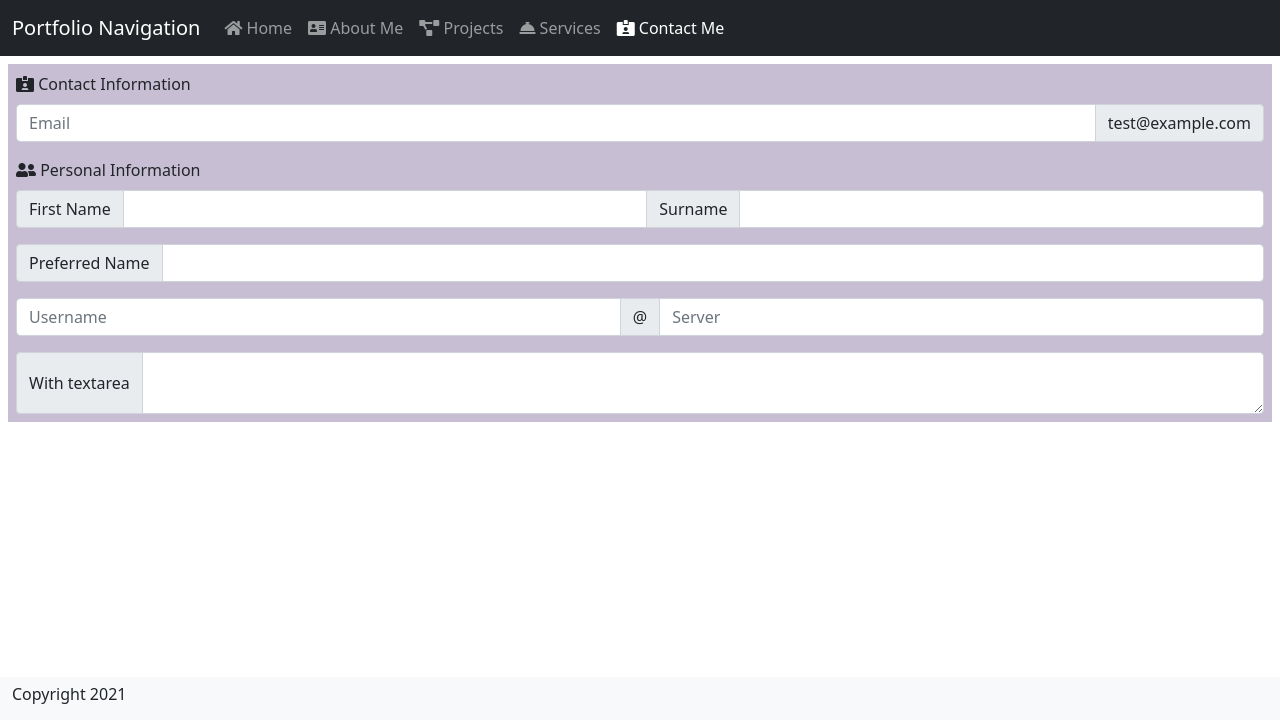
Repository: GarlicButterBoy/Portfolio
Page: contact.html
An editor plug-in stored every save of this project. The page is shown before and after the next save, followed by the edit.
The browser window is 1280 px wide. The page is 1284 px wide, so the pictures cover 1284 px, including what lies to the right of the window. The pictures show the whole page.

Above is the page before, as saved 2021-06-09 13:05:51.

After the next save:
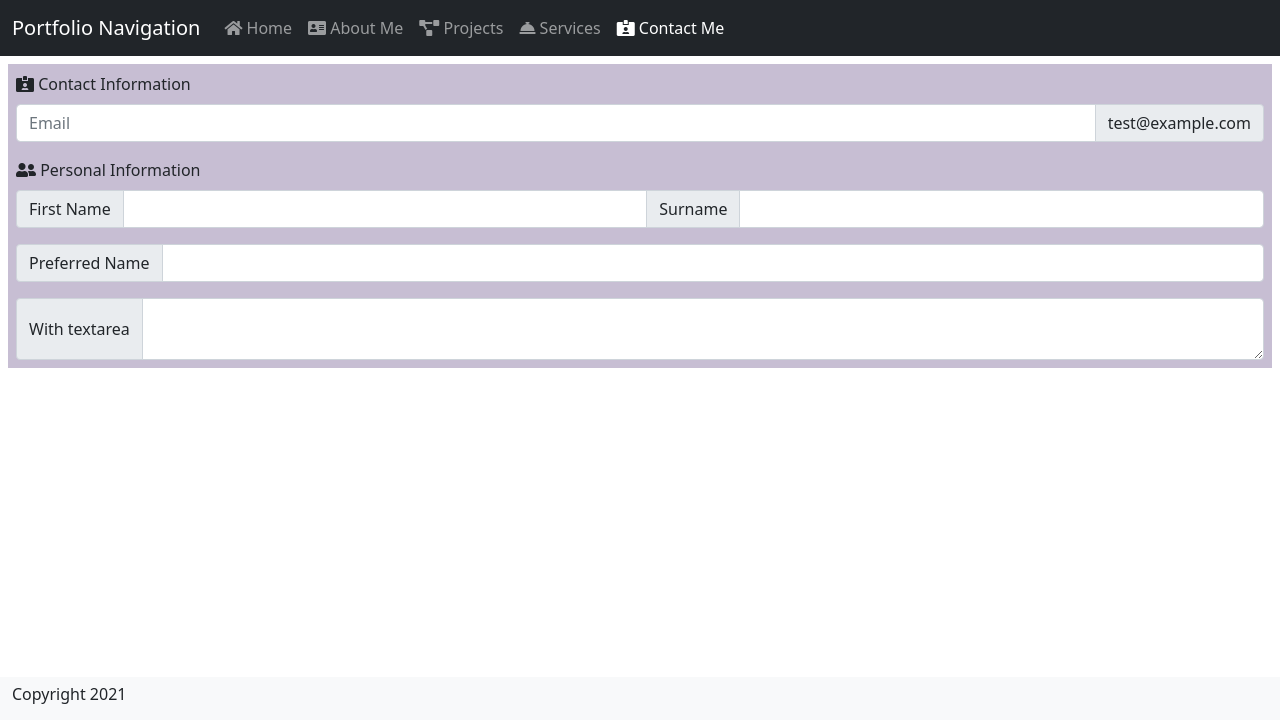
Saved 24 s later.
--- a/contact.html
+++ b/contact.html
@@ -54,11 +54,7 @@
                 <input type="text" class="form-control" aria-label="Preferred Name">
               </div>
 
-              <div class="input-group mb-3">
-                <input type="text" class="form-control" placeholder="Username" aria-label="Username">
-                <span class="input-group-text">@</span>
-                <input type="text" class="form-control" placeholder="Server" aria-label="Server">
-              </div>
+
 
               <div class="input-group">
                 <span class="input-group-text">With textarea</span>
